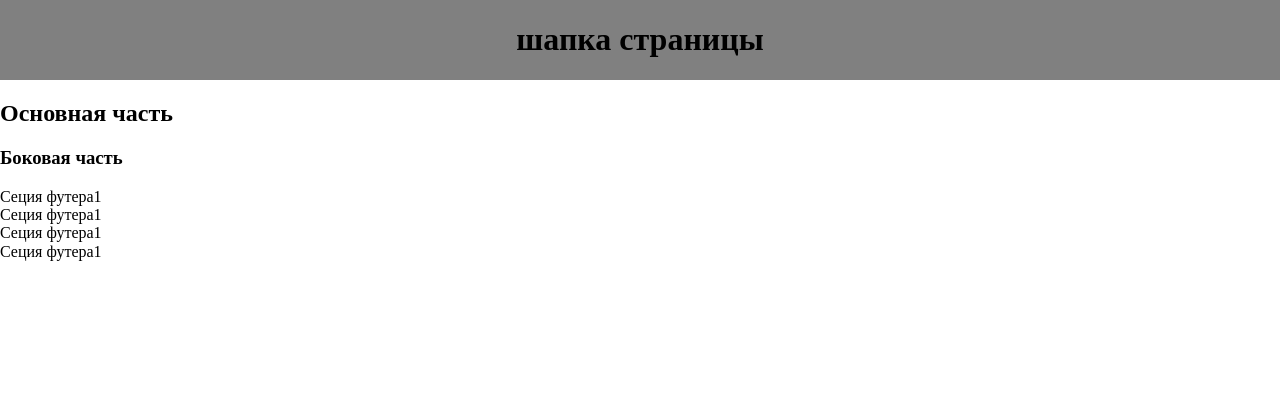
Repository: IrinaGetmanenko/week5
Page: week5/index.html
These files come from the project's save history. The page is drawn as it stood at one moment and after the next save; the edit follows.
The browser window is 1280 px wide. The pictures show the whole page.

Above is the page before, as saved 2022-08-27 14:43:30.

After the next save:
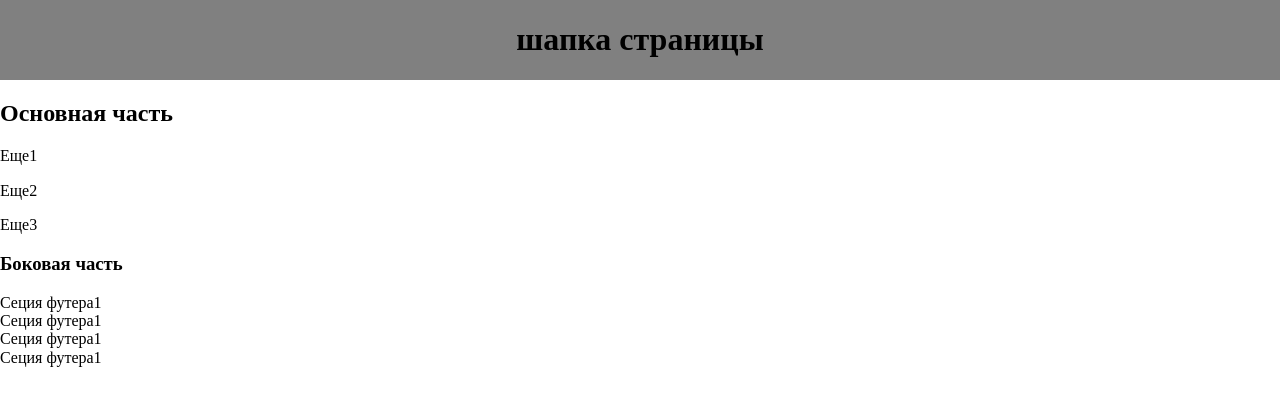
Saved 76 s later.
--- a/week5/index.html
+++ b/week5/index.html
@@ -34,10 +34,14 @@
         <div class="main1"></div>
         <h2>Основная часть</h2>
 
-        <div class="Еще1"></div>
+        <div class="main2"></div>
+        <p>Еще1</p>
 
-        <div class="Еще2"></div>
-        <div class="Еще3"></div>
+        <div class="main3"></div>
+        <p>Еще2</p>
+
+        <div class="main4"></div>
+        <p>Еще3</p>
 
     </main>
 
